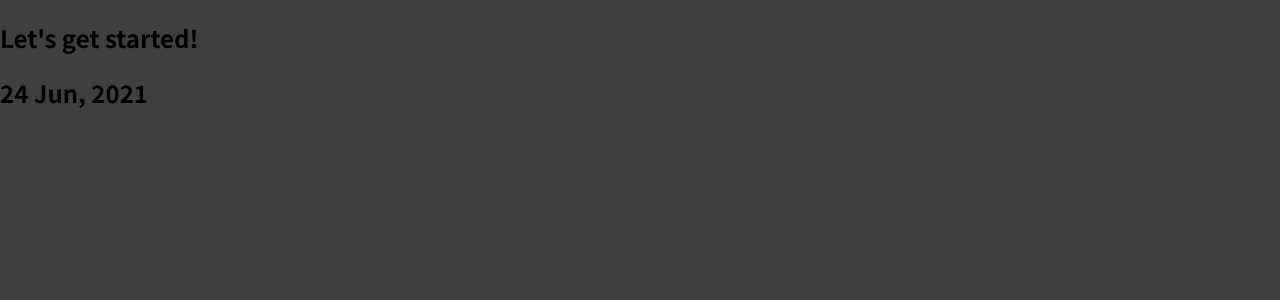
Repository: pial0007l/React
Page: / (app in 01-starting-setup/)
An editor plug-in stored every save of this project. The page is shown before and after the next save, followed by the edit.
The browser window is 1280 px wide. The pictures show the whole page.
The project was rebuilt for these pictures with package versions that can differ from the ones it lists, and the page was loaded fresh each time.

Above is the page before, as saved 2021-06-24 10:22:37.

### 01-starting-setup/src/App.js
import ExpenseItem from './components/ExpenseItem'

function App() {
  return (
    <div>
      <h2>Let's get started!</h2>
      <ExpenseItem></ExpenseItem>
    </div>
  );
}

export default App;

### 01-starting-setup/src/components/ExpenseItem.js
function ExpenseItem(){
    return (
        <div>
             <h2>24 Jun, 2021</h2>
             <div>
                 <h2></h2>
             </div>
        </div>

    );
}

export default ExpenseItem;

Loaded but not shown: 01-starting-setup/public/index.html (common file); 01-starting-setup/src/index.js (common file); 01-starting-setup/src/index.css (common file)

After the next save:
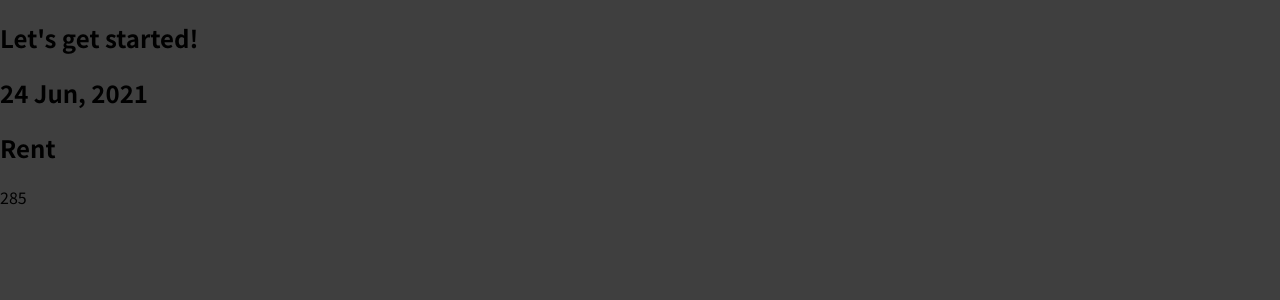
Saved 17 s later.
--- a/01-starting-setup/src/components/ExpenseItem.js
+++ b/01-starting-setup/src/components/ExpenseItem.js
@@ -3,7 +3,8 @@ function ExpenseItem(){
         <div>
              <h2>24 Jun, 2021</h2>
              <div>
-                 <h2></h2>
+                 <h2>Rent</h2>
+                 <div>285</div>
              </div>
         </div>
 
